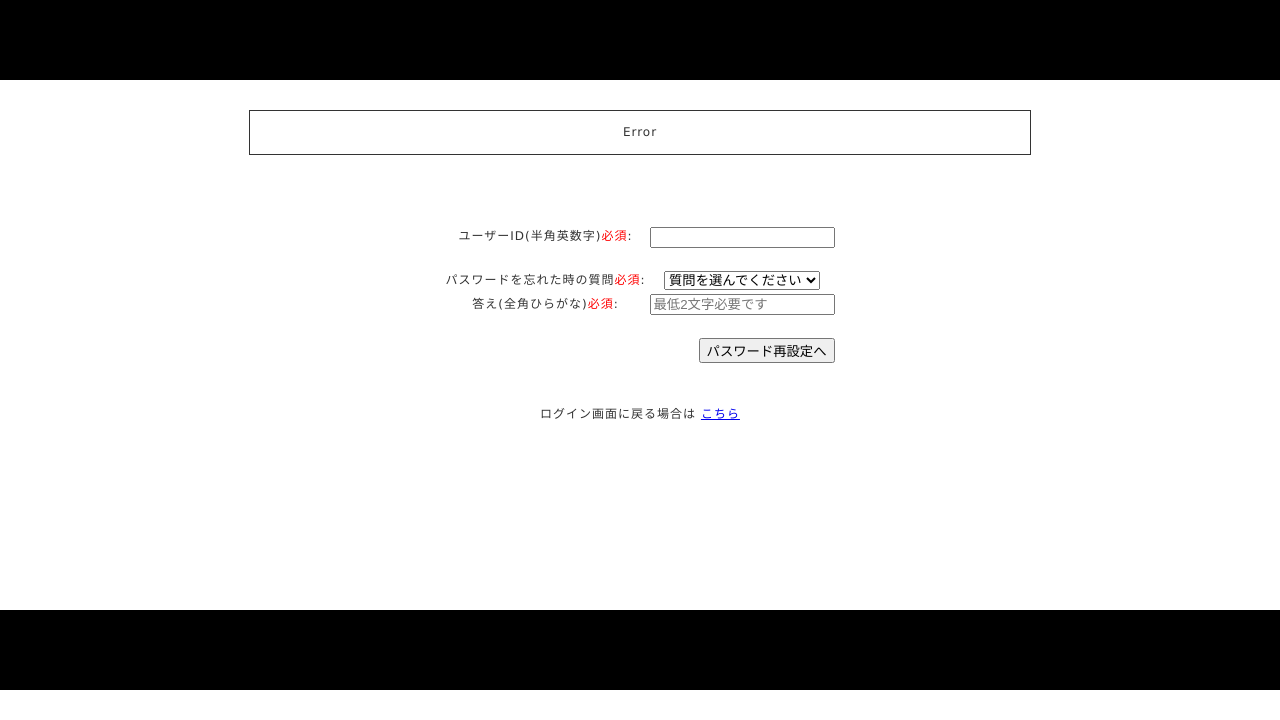
Repository: y321sudo/test2
Page: http://localhost/Yukazon/passwordSettingError.jsp
These files come from the project's save history. The page is drawn as it stood at one moment and after the next save; the edit follows.
The browser window is 1280 px wide. The pictures show the whole page.
The page is served by Tomcat 9.

Above is the page before, as saved 2018-02-26 02:30:40.

After the next save:
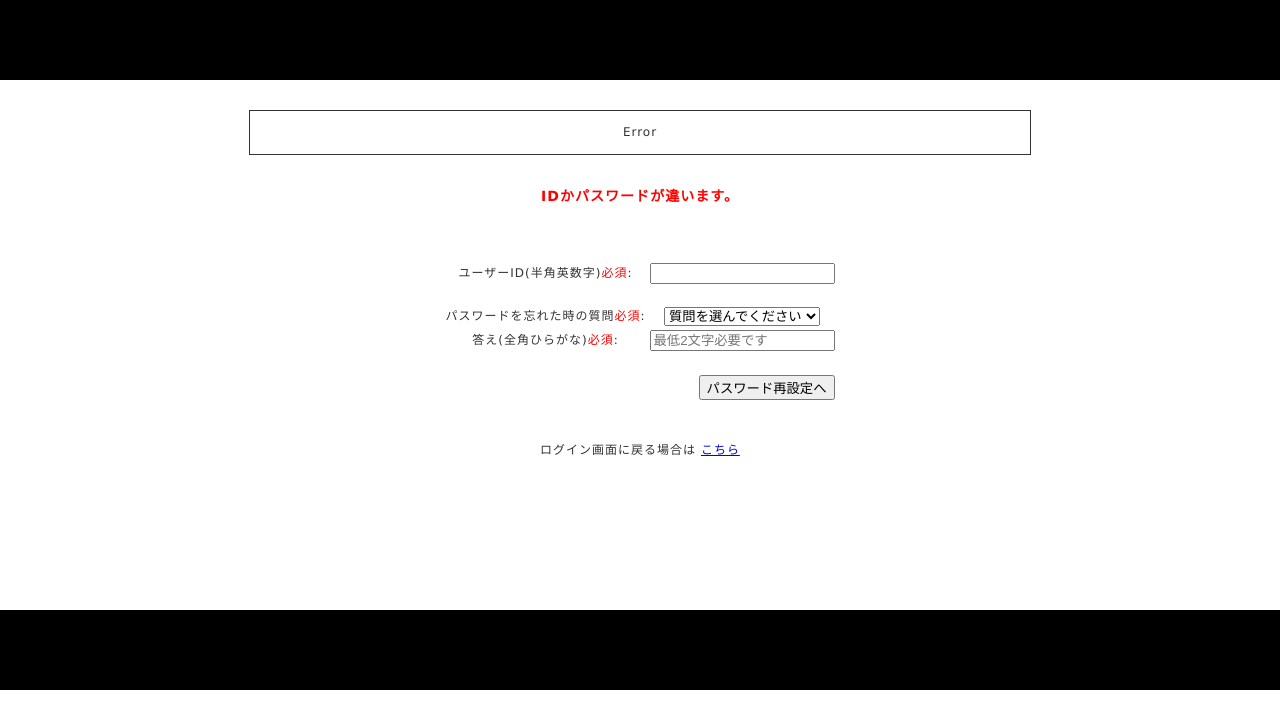
Saved 94 s later.
--- a/Yukazon/WebContent/passwordSettingError.jsp
+++ b/Yukazon/WebContent/passwordSettingError.jsp
@@ -86,11 +86,9 @@
 			<p>Error</p>
 		</div>
 
-		<div>
-			<!-- PasswordSettingActionのErrorMassageが表示される -->
-			<s:if test="errorMassage != ''">
-				<font color="red" size="3px"><s:property value="errorMassage" escape="false" /></font>
-			</s:if>
+		<div id="error">
+			<h3>IDかパスワードが違います。</h3>
+		</div>
 			<br><br>
 			<table>
 			<!-- "パスワード再設定画面へ"ボタンを押すと"PasswordSettingAction"へ -->
